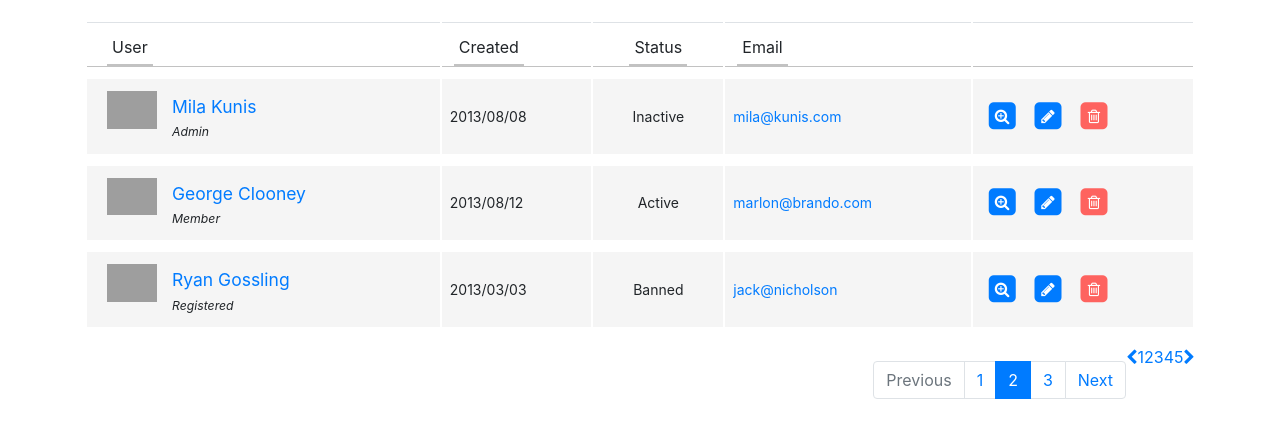
Repository: tienhoang123/Demo
Page: http://localhost/User/WEB-INF/views/home.jsp
The author's editor kept a copy of each file at every save. The page is drawn from the files as they stood at one save, then again after the next save.
The browser window is 1280 px wide. The pictures show the whole page.
Pictures or frames that could not be fetched are drawn as grey boxes. Some web libraries are served in a nearby version. The page is served by Tomcat 9. Nobody is signed in. The template is opened directly, without the code that normally fills it, so the values that code supplies are empty.

Above is the page before, as saved 2019-10-14 06:31:39.
Console error: TypeError: Cannot read properties of undefined (reading 'fn')

After the next save:
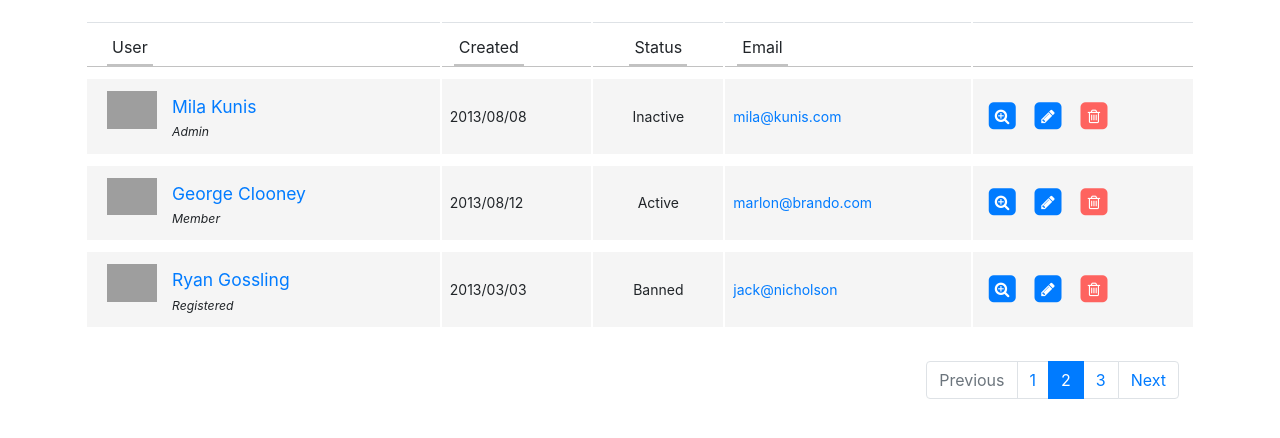
Saved 26 s later.
--- a/DemoCrud/User/src/main/webapp/WEB-INF/views/home.jsp
+++ b/DemoCrud/User/src/main/webapp/WEB-INF/views/home.jsp
@@ -109,17 +109,7 @@
 							</tbody>
 						</table>
 					</div>
-					<ul class="pagination pull-right">
-						<li><a href="#"><i class="fa fa-chevron-left"></i></a></li>
-						<li><a href="#">1</a></li>
-						<li><a href="#">2</a></li>
-						<li><a href="#">3</a></li>
-						<li><a href="#">4</a></li>
-						<li><a href="#">5</a></li>
-						<li><a href="#"><i class="fa fa-chevron-right"></i></a></li>
-					</ul>
-
-<nav aria-label="...">
+					<nav aria-label="...">
                     <ul class="pagination justify-content-end mt-3 mr-3">
                         <li class="page-item disabled">
                             <span class="page-link">Previous</span>
